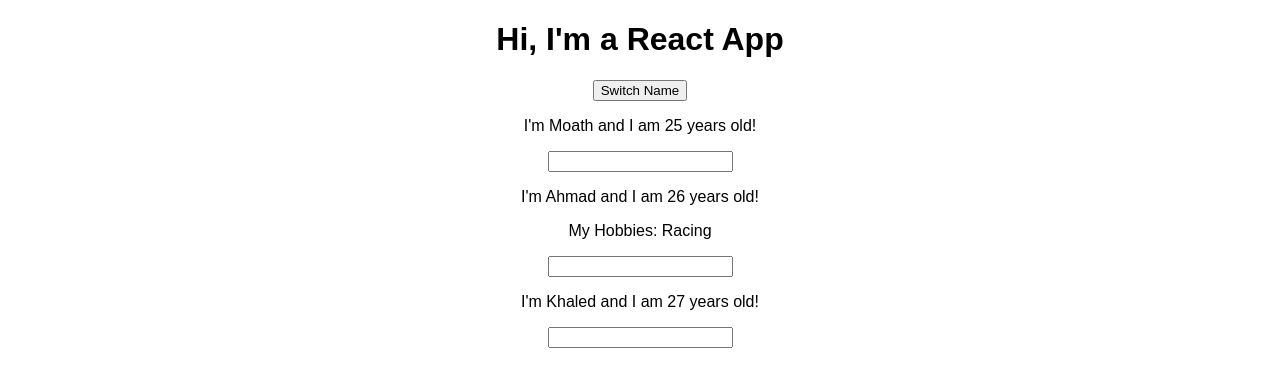
Repository: MuathYHKefayah/React-Basics
Page: /
These files come from the project's save history. The page is drawn as it stood at one moment and after the next save; the edit follows.
The browser window is 1280 px wide. The pictures show the whole page.
The project was rebuilt for these pictures with package versions that can differ from the ones it lists, and the page was loaded fresh each time.

Above is the page before, as saved 2020-12-10 15:45:26.

### src/App.js
import React, { Component } from 'react';
import './App.css';
import Person from './Person/Person';

class App extends Component {
  state = {
     persons: [
       { name:'Moath', age: 25},
       { name:'Ahmad', age: 26},
       { name:'Khaled', age: 27},
     ]
  }

  switchNameHandler  = (newName, newAge) => {
    //Don't Do This: this.state.persons[0].name = "Max";
    this.setState({
      persons: [
        { name:newName, age: 25},
        { name:'Ahmad', age: 26},
        { name:'Khaled', age: newAge},
      ]
    })
  }

  nameChangedHandler = (event) => {
    this.setState({
      persons: [
        { name:'Moath', age: 25},
        { name: event.target.value, age: 26},
        { name:'Khaled', age: 27},
      ]
    })
  }

  render() {
    return (
      // jsx \\ write html code in js file
      <div className="App">
        <h1>Hi, I'm a React App</h1>
        <button onClick={() => this.switchNameHandler('Moath!!', 30)}>Switch Name</button>
        <Person name={this.state.persons[0].name} age={this.state.persons[0].age}/>
        <Person
          name={this.state.persons[1].name}
          age={this.state.persons[1].age}
          click={this.switchNameHandler.bind(this, 'Moath!', 40)}
          changed={this.nameChangedHandler}
          >My Hobbies: Racing</Person>
        <Person name={this.state.persons[2].name} age={this.state.persons[2].age}/>

      </div>
    );
    //return React.createElement('div', {className: 'App'} , React.createElement('h1', null , 'Hi, I\'m a React App !!!' ))
  }
}

export default App;

### src/Person/Person.js
import React from 'react';

const person = (props) => {
    return (
        <div>
            <p onClick={props.click}>I'm {props.name} and I am {props.age} years old!</p>
            <p>{props.children}</p>
            <input type="text" onChange={props.changed}/>
        </div>
    )
};

export default person;

Loaded but not shown: public/index.html (common file); src/index.js (common file); src/index.css (common file); src/registerServiceWorker.js (common file); src/App.css (common file)

After the next save:
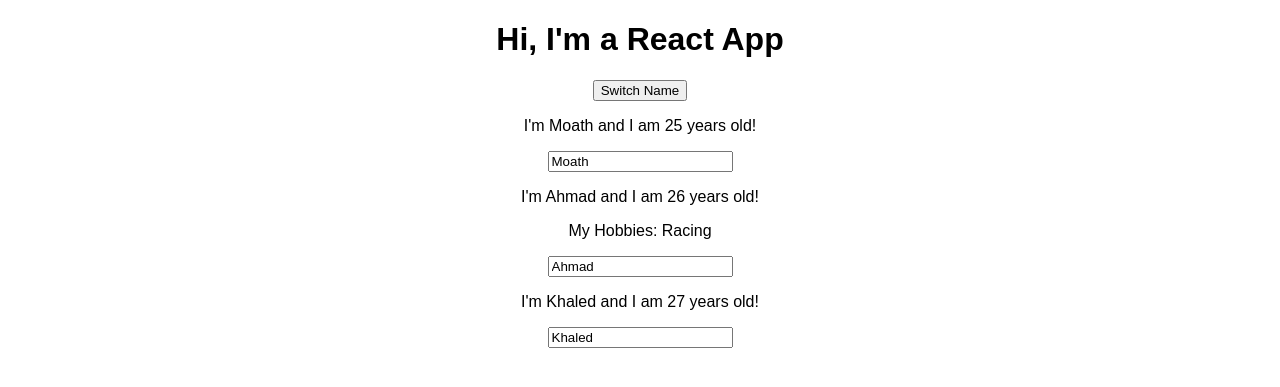
Saved 36 s later.
--- a/src/Person/Person.js
+++ b/src/Person/Person.js
@@ -5,7 +5,7 @@ const person = (props) => {
         <div>
             <p onClick={props.click}>I'm {props.name} and I am {props.age} years old!</p>
             <p>{props.children}</p>
-            <input type="text" onChange={props.changed}/>
+            <input type="text" onChange={props.changed} value={props.name}/>
         </div>
     )
 };
